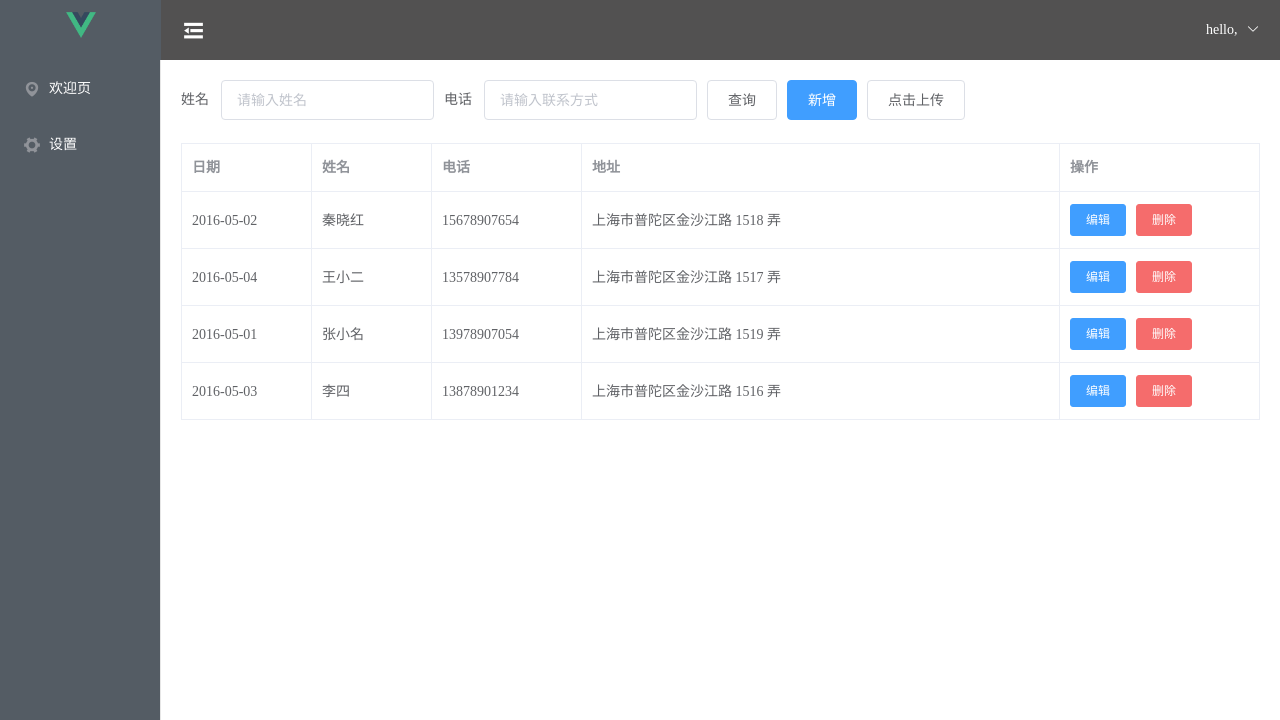
Repository: qianxuebing/admin
Page: /Layout/Table
These files come from the project's save history. The page is drawn as it stood at one moment and after the next save; the edit follows.
The browser window is 1280 px wide. The pictures show the whole page.
The project was rebuilt for these pictures with package versions that can differ from the ones it lists, and the page was loaded fresh each time. Also part of the build but not shown: src/views/login/Login.vue. Imported but missing from the stored project, and not drawn on this page: src/views/home/Home.

Above is the page before, as saved 2020-01-08 10:12:04.

### src/main.js
// The Vue build version to load with the `import` command
// (runtime-only or standalone) has been set in webpack.base.conf with an alias.
import Vue from 'vue'
import App from './App'
import router from './router'
import ElementUI from 'element-ui'
import 'element-ui/lib/theme-chalk/index.css'
import store from './store/index'

Vue.use(ElementUI)

Vue.config.productionTip = false

/* eslint-disable no-new */
new Vue({
  el: '#app',
  router,
  store,
  components: { App },
  template: '<App/>'
})

### src/App.vue
<template>
  <div id="app">
    <router-view/>
  </div>
</template>

<script>
export default {
  name: 'App'
}
</script>

<style>
html,body {
  height: 100%;
  overflow: hidden;
  margin: 0;
  padding: 0!important;
}
  #app {
    height: 100%;
  }
</style>

### src/router/index.js
import Vue from 'vue'
import Router from 'vue-router'
import Login from '@/views/login/Login'
import Layout from '@/views/layout/Layout'
import Home from '@/views/home/Home'
import Table from '@/views/table/Table'

Vue.use(Router)

export default new Router({
  mode: 'history',
  routes: [
    {
      path: '/',
      name: 'Login',
      component: Login
    },
    {
      path: '/Layout',
      component: Layout,
      children: [
        {
          path: '/',
          name: 'Home',
          component: Home
        },
        {
          path: '/Layout/Table',
          name: 'Table',
          component: Table
        }
      ]
    }
  ]
})

### src/store/index.js
import Vue from 'vue'
import Vuex from 'vuex'

Vue.use(Vuex)

const store = new Vuex.Store({
  state: {
    isActive: false,
    loginForm: {
      name: '',
      pass: ''
    }
  },
  getters: {

  },
  mutations: {
    TOGGLE_SIDEBAR (state) {
      state.isActive = !state.isActive
    },
    LOGIN (state, loginForm) {
      state.loginForm = loginForm
    }
  },
  actions: {
    toggleSideBar ({commit}) {
      commit('TOGGLE_SIDEBAR')
    },
    login (context, loginForm) {
      context.commit('LOGIN', loginForm)
    }
  }
})

export default store

### src/views/layout/Layout.vue
<template>
  <el-container class="container">
      <side-bar></side-bar>
      <el-container>
          <el-header class="header">
            <nav-bar></nav-bar>
          </el-header>
          <el-main>
            <router-view></router-view>
          </el-main>
      </el-container>
  </el-container>
</template>

<script>
import SideBar from '../../components/SideBar'
import NavBar from '../../components/NavBar'
export default {
  components: {
    SideBar,
    NavBar
  }
}
</script>

<style>
  .container{
    height: 100%;
  }
  .header{
    background: rgb(82, 81, 81);
    color: #fff;
  }
</style>

### src/views/table/Table.vue
<template>
  <div>
    <el-form :inline="true" :model="formInline">
      <el-form-item label="姓名">
         <el-input v-model="formInline.name" placeholder="请输入姓名"></el-input>
      </el-form-item>
      <el-form-item label="电话">
         <el-input v-model="formInline.telephone" placeholder="请输入联系方式"></el-input>
      </el-form-item>
      <el-form-item>
        <el-button @click="onSearch">查询</el-button>
        <el-button type="primary" @click="onAdd">新增</el-button>
        <el-upload
          class="upload"
          action="https://jsonplaceholder.typicode.com/posts/"
          :on-preview="handlePreview"
          :on-remove="handleRemove"
          :before-remove="beforeRemove"
          multiple
          :limit="1"
          :on-exceed="handleExceed"
        >
          <el-button>点击上传</el-button>
        </el-upload>
      </el-form-item>
    </el-form>
    <el-table :data="tableData" style="width: 100%" border>
      <el-table-column
        prop="date"
        label="日期"
        width="130">
      </el-table-column>
      <el-table-column
        prop="name"
        label="姓名"
        width="120">
      </el-table-column>
      <el-table-column
        prop="tel"
        label="电话"
        width="150">
      </el-table-column>
      <el-table-column
        prop="address"
        label="地址">
      </el-table-column>
       <el-table-column
        prop="operation"
        label="操作"
        width="200">
        <template slot-scope="scope">
          <el-button @click="handleEdit(scope.$index,scope.row)" type="primary" size="small">编辑</el-button>
          <el-button @click="handleDelete(scope.$index,scope.row)" type="danger" size="small">删除</el-button>
        </template>
      </el-table-column>
    </el-table>

    <!-- dialog -->
    <el-dialog :title="title" :visible.sync="dialogFormVisible" width="40%">
      <el-form :model="editForm" label-width="80px">
        <el-form-item label="姓名">
          <el-input v-model="editForm.name" autocomplete="off"></el-input>
        </el-form-item>
        <el-form-item label="电话">
          <el-input v-model="editForm.tel" autocomplete="off"></el-input>
        </el-form-item>
         <el-form-item label="地址">
          <el-input v-model="editForm.address" autocomplete="off"></el-input>
        </el-form-item>
      </el-form>
      <div slot="footer" class="dialog-footer">
        <el-button @click="dialogFormVisible = false">取 消</el-button>
        <el-button type="primary" @click="onSave">保存</el-button>
      </div>
    </el-dialog>
  </div>
</template>

<script>
import tableData from './tableData.js'
export default {
  data () {
    return {
      tableData: tableData,
      title: '',
      dialogFormVisible: false,
      editIndex: 0,
      formInline: {
        name: '',
        telephone: ''
      },
      editForm: {
        name: '',
        tel: '',
        address: ''
      }
    }
  },
  computed: {
    formatDate () {
      let now = new Date()
      let year = now.getFullYear()
      let month = now.getMonth() + 1
      let day = now.getDate()
      month = month >= 10 ? month : '0' + month
      day = day >= 10 ? day : '0' + day
      return `${year}-${month}-${day}`
    }
  },
  methods: {
    onSearch () {
      if (this.formInline.name === '' && this.formInline.telephone === '') {
        this.$message({
          message: '请输入查询条件',
          type: 'error'
        })
        return false
      } else {
        this.$message({
          message: '查询成功',
          type: 'success'
        })
      }
    },
    onAdd () {
      this.title = '新增'
      this.dialogFormVisible = true
      this.editForm = {}
    },
    handleEdit (index, row) {
      this.editIndex = index
      this.title = '编辑'
      this.dialogFormVisible = true
      this.editForm = Object.assign({}, row)
    },
    handleDelete (index, row) {
      this.$confirm(`确定要删除"${row.name}"的相关信息吗？`, '提示', {
        confirmButtonText: '确定',
        cancelButtonText: '取消',
        type: 'warning'
      }).then(() => {
        this.tableData.splice(index, 1)
        this.$message({
          type: 'success',
          message: '删除成功!'
        })
      }).catch(() => {
        this.$message({
          type: 'info',
          message: '已取消删除'
        })
      })
    },
    handlePreview () {},
    handleRemove () {},
    beforeRemove () {},
    handleExceed () {},
    onSave () {
      this.dialogFormVisible = false
      if (this.title === '新增') {
        this.tableData.push({
          date: this.formatDate,
          name: this.editForm.name,
          tel: this.editForm.tel,
          address: this.editForm.address
        })
      } else {
        this.tableData.splice(this.editIndex, 1, this.editForm)
      }
    }
  }
}
</script>

<style>
  .upload {
    display: inline-block;
    margin-left: 10px;
  }
</style>

### src/components/SideBar.vue
<template>
<div class="side-bar">
  <div style="text-align: center; height: 60px;">
    <el-image
      style="width: 30px; height: 30px"
      :src="logo"
      fit>
    </el-image>
  </div>
  <el-menu router :default-active="$route.path" class="el-menu-vertical-demo menu" :collapse="isActive" background-color="#545c64" text-color="#fff" active-text-color="#fff">
    <template v-for="item in sideBarData">
      <el-menu-item :index="item.path" :key="item.id">
        <i :class="item.icon"></i>
        <span slot="title">{{ item.title }}</span>
      </el-menu-item>
    </template>
  </el-menu>
</div>
</template>

<script>
import { mapState } from 'vuex'
import sideBarData from './mock.js'
import logo from '@/assets/logo.png'
export default {
  data () {
    return {
      sideBarData: sideBarData,
      logo: logo
    }
  },
  computed: {
    ...mapState(['isActive'])
  }
}
</script>

<style>
  .menu {
    height: 100%;
    overflow: auto;
    border: 0;
  }
  .el-menu-vertical-demo:not(.el-menu--collapse) {
    width: 160px;
  }
  .side-bar{
    background-color: #545c64;
  }
  .el-image{
    margin: 10px auto;
  }
  .el-menu-item.is-active {
   background-color: #409EFF !important;
  }
</style>

### src/components/NavBar.vue
<template>
  <div class="header-inner">
    <i class="active-btn" :class="`${isActive ? 'el-icon-s-unfold' : 'el-icon-s-fold'}`" @click="toggleSideBar" size='lage'></i>
    <el-dropdown  @command="handleCommand">
      <span class="el-dropdown-link">
        hello, {{ loginForm.name }}<i class="el-icon-arrow-down el-icon--right"></i>
      </span>
      <el-dropdown-menu slot="dropdown">
        <el-dropdown-item command="out">退出登录</el-dropdown-item>
      </el-dropdown-menu>
    </el-dropdown>
  </div>
</template>

<script>
import { mapState } from 'vuex'
export default {
  computed: {
    ...mapState(['isActive', 'loginForm'])
  },
  methods: {
    toggleSideBar () {
      this.$store.dispatch('toggleSideBar')
    },
    handleCommand (command) {
      this.$router.push({path: '/'})
      this.loginForm.name = ''
      this.loginForm.pass = ''
      this.$store.dispatch('login', this.loginForm)
    }
  }
}
</script>

<style>
  .header-inner{
    height: 60px;
    display: flex;
    justify-content: space-between;
    align-items: center;
  }
  .active-btn{
    font-size: 25px;
  }
  .header-inner .el-dropdown{
    color: #fff;
  }
</style>

### src/views/table/tableData.js
const tableData = [{
  date: '2016-05-02',
  name: '秦晓红',
  tel: '15678907654',
  address: '上海市普陀区金沙江路 1518 弄'
}, {
  date: '2016-05-04',
  name: '王小二',
  tel: '13578907784',
  address: '上海市普陀区金沙江路 1517 弄'
}, {
  date: '2016-05-01',
  name: '张小名',
  tel: '13978907054',
  address: '上海市普陀区金沙江路 1519 弄'
}, {
  date: '2016-05-03',
  name: '李四',
  tel: '13878901234',
  address: '上海市普陀区金沙江路 1516 弄'
}]

export default tableData

### src/components/mock.js
const sideBarData = [
  {
    id: '01',
    path: '/layout',
    title: '欢迎页',
    icon: 'el-icon-location'
  }, {
    id: '02',
    path: '/layout/table',
    title: '设置',
    icon: 'el-icon-s-tools'
  }
]

export default sideBarData

Loaded but not shown: index.html (common file)

After the next save:
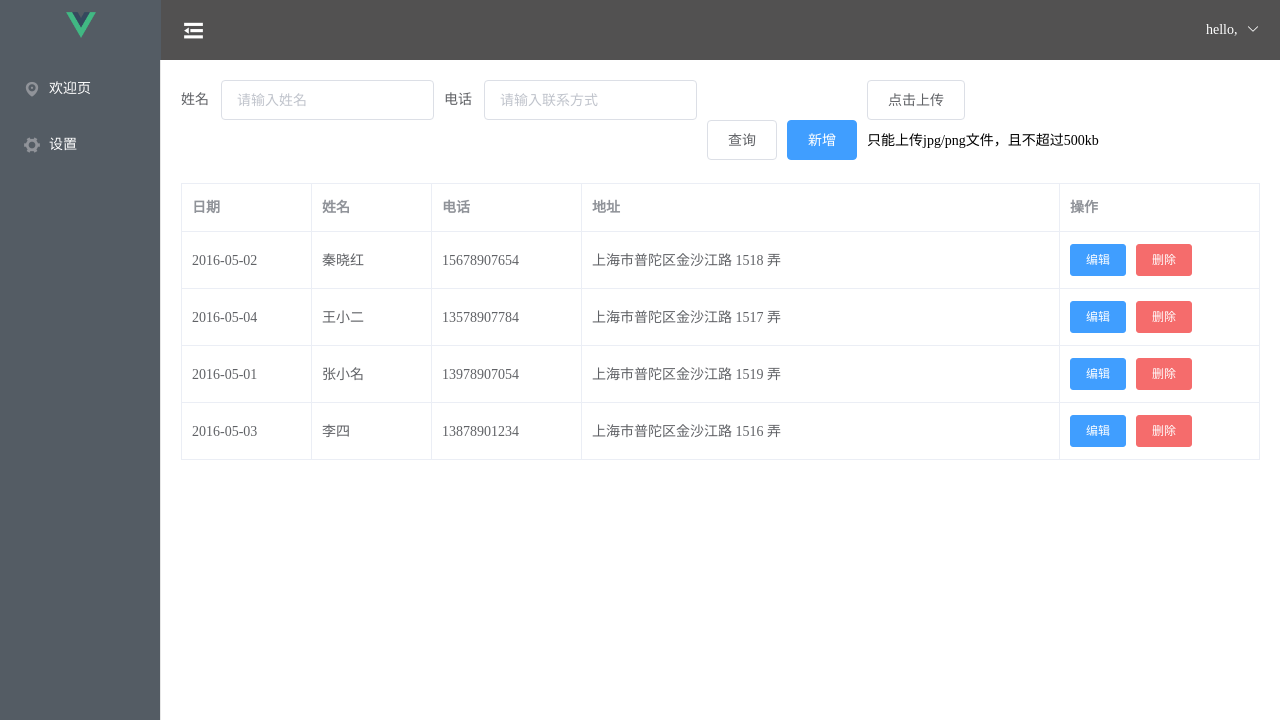
Saved 2 min 23 s later.
--- a/src/views/table/Table.vue
+++ b/src/views/table/Table.vue
@@ -19,8 +19,10 @@
           multiple
           :limit="1"
           :on-exceed="handleExceed"
+          :file-list="fileList"
         >
           <el-button>点击上传</el-button>
+          <div slot="tip" class="el-upload_tip">只能上传jpg/png文件，且不超过500kb</div>
         </el-upload>
       </el-form-item>
     </el-form>
@@ -83,6 +85,7 @@
     return {
       tableData: tableData,
       title: '',
+      fileList: [],
       dialogFormVisible: false,
       editIndex: 0,
       formInline: {

After the 5 saves that followed:
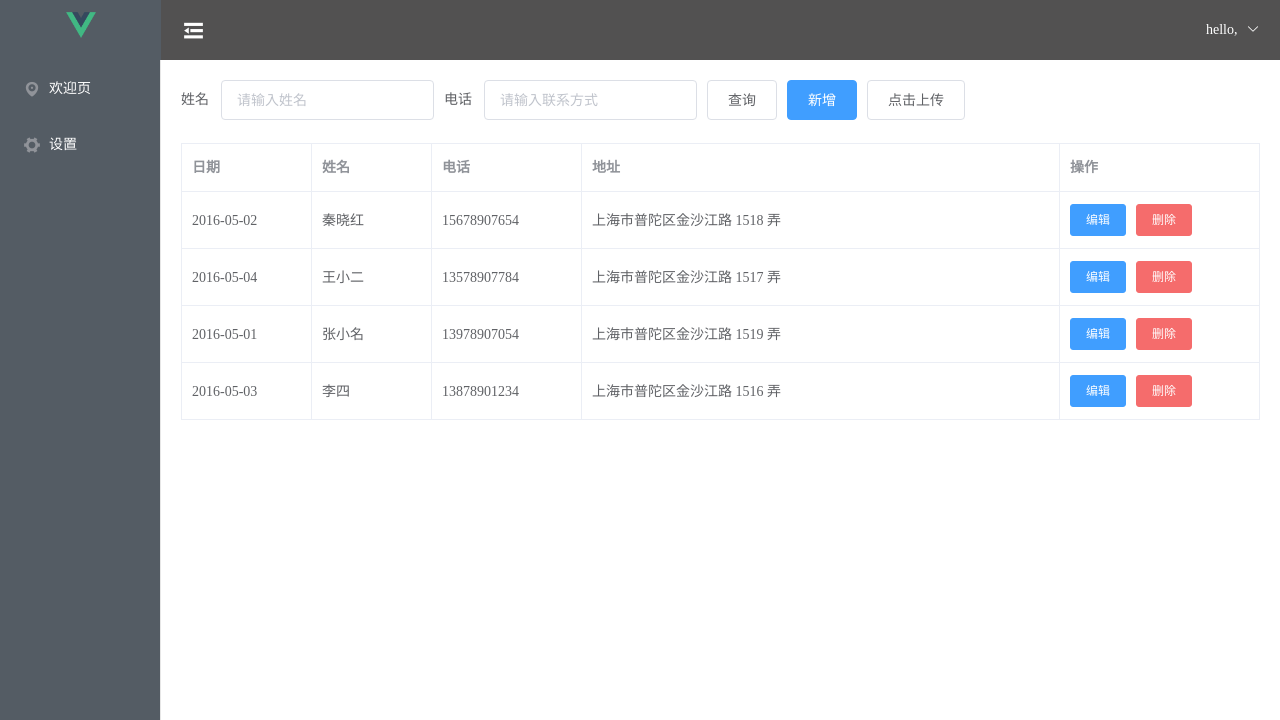
The 5 saves are shown as one change because 4 left the picture as it was.
The last was saved 9 min 35 s later.
--- a/src/views/table/Table.vue
+++ b/src/views/table/Table.vue
@@ -22,7 +22,7 @@
           :file-list="fileList"
         >
           <el-button>点击上传</el-button>
-          <div slot="tip" class="el-upload_tip">只能上传jpg/png文件，且不超过500kb</div>
+          <!-- <div slot="tip" class="el-upload_tip">只能上传jpg/png文件，且不超过500kb</div> -->
         </el-upload>
       </el-form-item>
     </el-form>
@@ -154,10 +154,19 @@
         })
       })
     },
-    handlePreview () {},
-    handleRemove () {},
-    beforeRemove () {},
-    handleExceed () {},
+    handlePreview (file) {
+      console.log('handlePreview000000', file)
+    },
+    handleRemove (file, fileList) {
+      console.log('handleRemove11111111111', file)
+      console.log('handleRemove11111111111', fileList)
+    },
+    beforeRemove (file, fileList) {
+      return this.$confirm(`确定移除${file.name}?`)
+    },
+    handleExceed (files, fileList) {
+      this.$message.warning(`当前限制选择1个文件，本次选择了${files.length}个文件，共选择了${files.length + fileList.length}个文件`)
+    },
     onSave () {
       this.dialogFormVisible = false
       if (this.title === '新增') {
